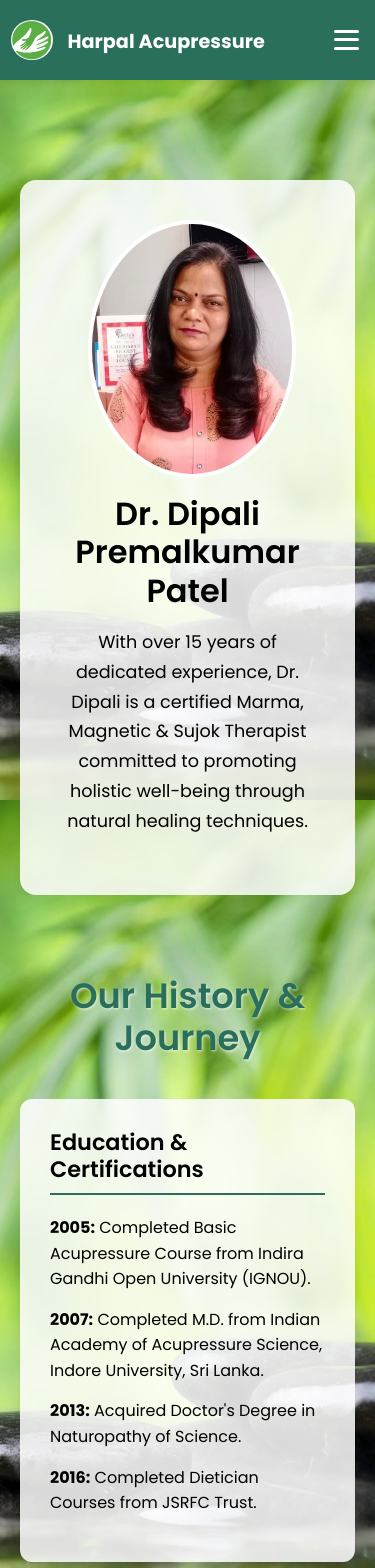
Repository: swasthiik/my-websites
Page: about.html
An editor plug-in stored every save of this project. The page is shown before and after the next save, followed by the edit.
The browser window is 375 px wide. The pictures show the part of the page from y = 0 to 1568 px (the page is 7490 px tall).
Backgrounds fixed to the window are drawn as part of the page.

Above is the page before, as saved 2025-11-03 11:45:40.

After the next save:
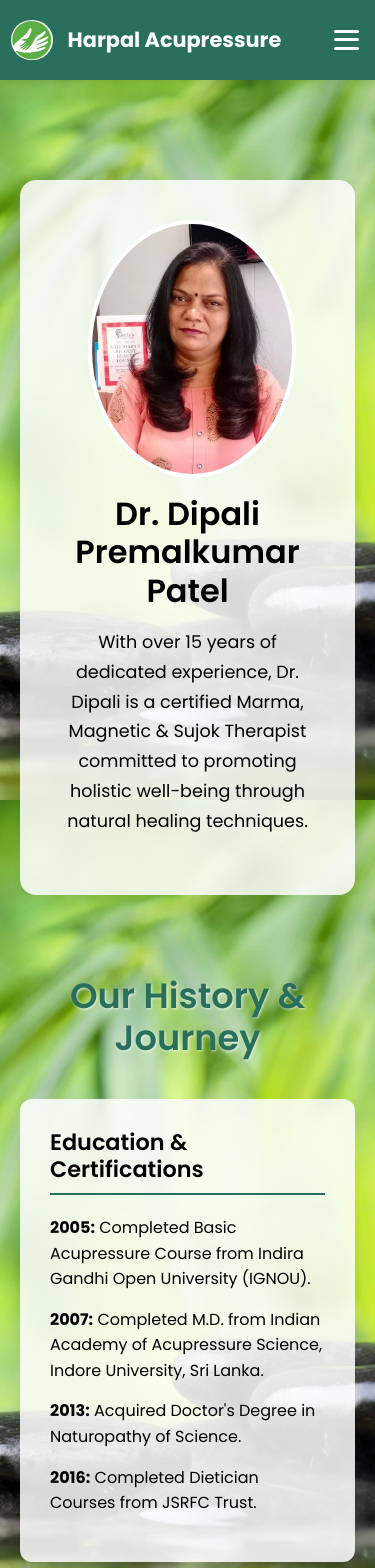
Saved 55 s later.
--- a/style.css
+++ b/style.css
@@ -202,47 +202,3 @@ section::before { content: ''; position: absolute; inset: 0; background-color: r
     .glass-section .section-card { padding: 25px; }
     .glass-section h2 { font-size: 1.8em; }
     .contact-left h3, .contact-center h3, .quick-links h4 { font-size: 1.4em; }
-
-    /* ✅ FIXED: show the company name instead of hiding it */
-    .brand-name {
-        display: inline-block;
-        font-size: 1.2em;
-        text-align: center;
-        margin-top: 5px;
-    }
-
-    /* Optional: make logo and text center-aligned */
-    .header-left {
-        flex-wrap: wrap;
-        justify-content: center;
-    }
-}
-/* ====== MOBILE MENU FIX ====== */
-.nav-menu {
-  display: none;
-}
-
-.nav-menu.active {
-  display: flex;
-  flex-direction: column;
-  position: fixed;
-  top: 0;
-  right: 0;
-  width: 100%;
-  height: 100vh;
-  background-color: rgba(0, 0, 0, 0.9);
-  justify-content: center;
-  align-items: center;
-  z-index: 9999;
-}
-
-/* Hide hamburger when menu is open */
-#menu-button.open {
-  display: none;
-}
-
-/* Make sure menu button is always clickable above background */
-#menu-button {
-  position: relative;
-  z-index: 10000;
-}
